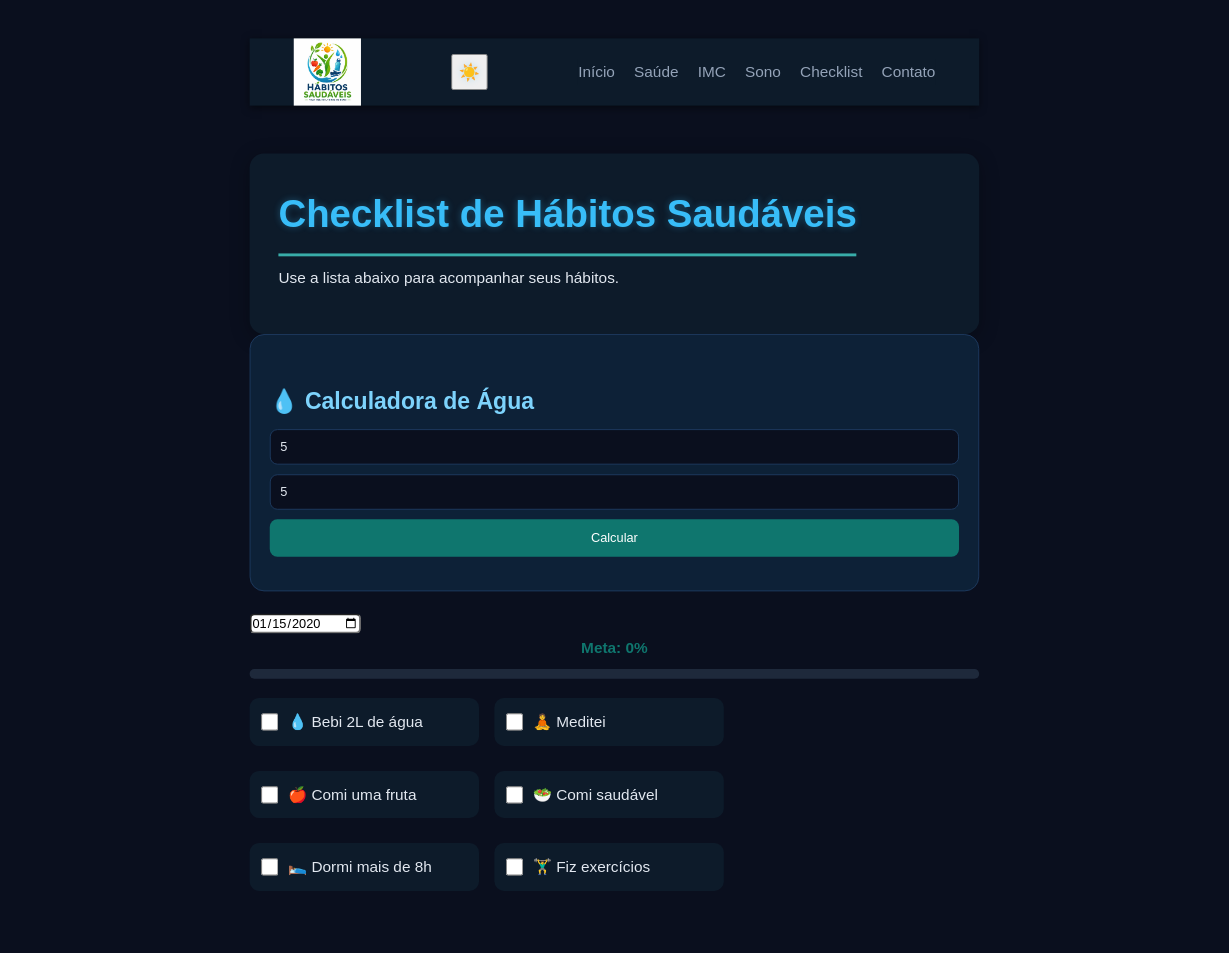
Repository: habitos2026/projetointegrador2026
Page: checklist.html
These files come from the project's save history. The page is drawn as it stood at one moment and after a run of saves; the edit follows.
The browser window is 1280 px wide. The pictures show the whole page, at 96% of full size.
Empty fields were first filled with sample values (such as "Sample", 5 or name@example.com).
After loading, the first visible `#btnTema` was clicked once.

Above is the page before, as saved 2026-06-10 19:59:40.

After the next 2 saves:
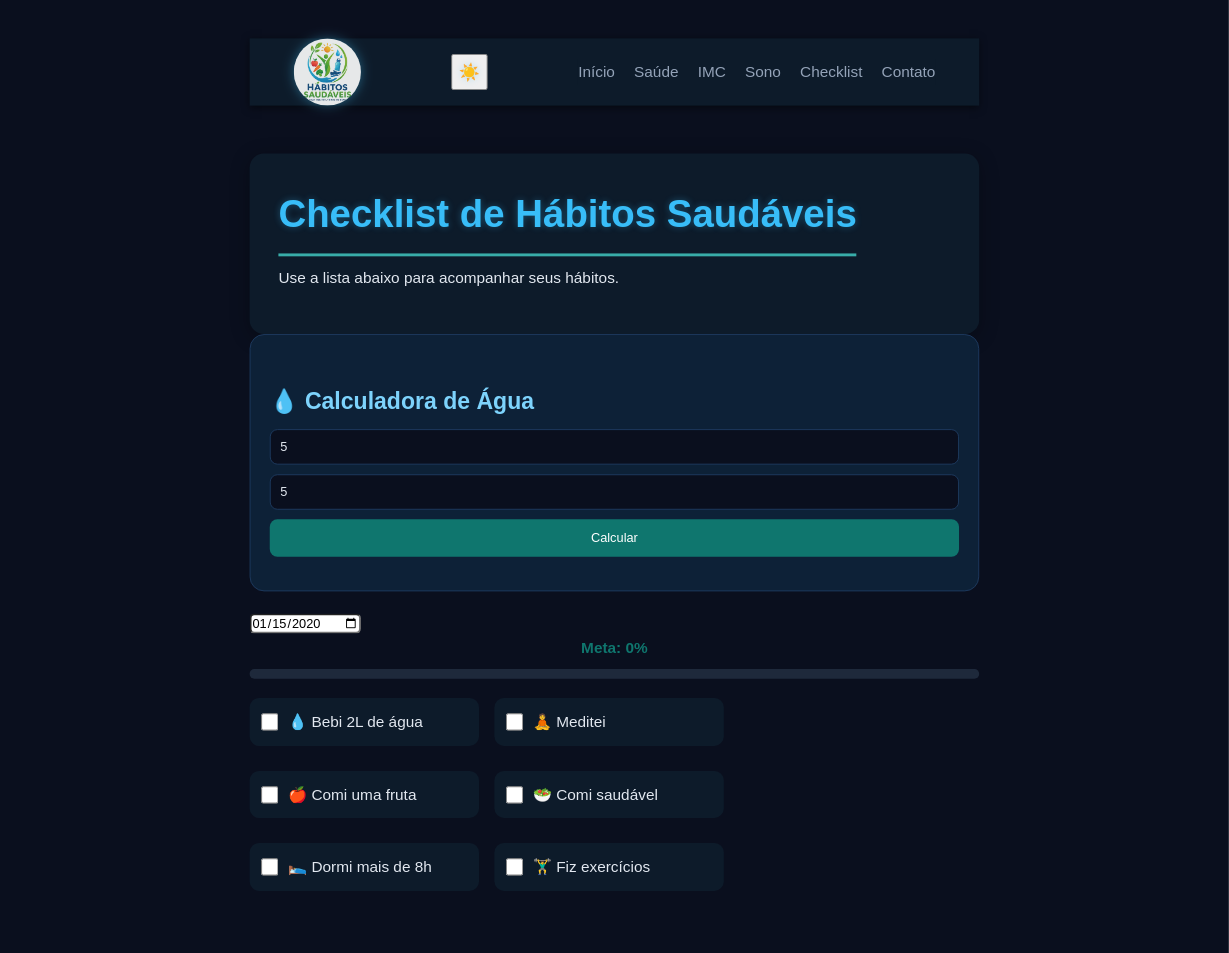
The 2 saves are shown as one change because they came seconds apart.
The last was saved 111 s later.
--- a/estilos.css
+++ b/estilos.css
@@ -374,6 +374,13 @@ body.dark main,
 body.dark section {
     background: #0d1b2a;
     box-shadow: 0 4px 20px rgba(0,0,0,0.3);
+}
+
+body.dark .logo {
+    filter: brightness(0.9) drop-shadow(0 0 6px rgba(56, 189, 248, 0.4));
+    border-radius: 50%;
+    background: transparent;
+    mix-blend-mode: screen;
 }
 
 body.dark h1 {
